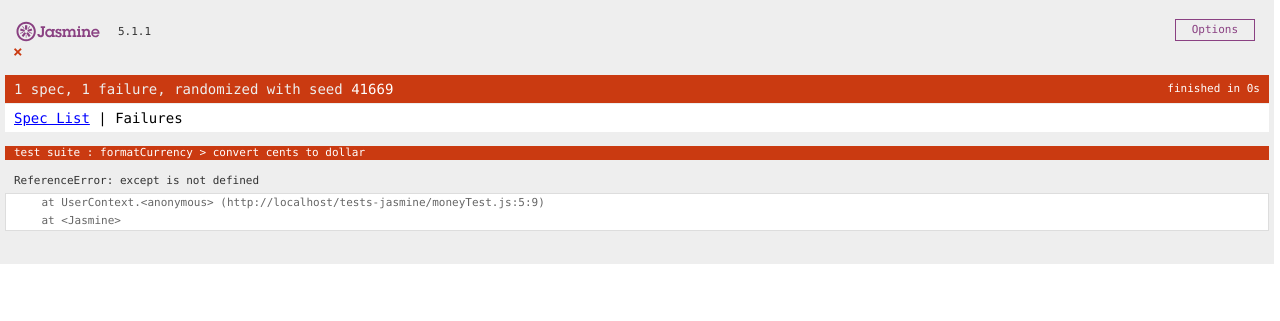
Repository: Gaurav124937/Javascirpt-amazon-clone
Page: tests-jasmine/tests.html
These files come from the project's save history. The page is drawn as it stood at one moment and after the next save; the edit follows.
The browser window is 1280 px wide. The pictures show the whole page.

Above is the page before, as saved 2026-10-13 22:10:21.
Not found: tests-jasmine/spec/PlayerSpec.js
Not found: tests-jasmine/spec/SpecHelper.js
Not found: tests-jasmine/src/Player.js

### tests-jasmine/tests.html
<!DOCTYPE html>
<html>
<head>
  <meta charset="utf-8">
  <title>Jasmine Spec Runner v5.1.1</title>

  <link rel="shortcut icon" type="image/png" href="lib/jasmine-5.1.1/jasmine_favicon.png">
  <link rel="stylesheet" href="lib/jasmine-5.1.1/jasmine.css">

  <script src="lib/jasmine-5.1.1/jasmine.js"></script>
  <script src="lib/jasmine-5.1.1/jasmine-html.js"></script>
  <script src="lib/jasmine-5.1.1/boot0.js"></script>
  <!-- optional: include a file here that configures the Jasmine env -->
  <script src="lib/jasmine-5.1.1/boot1.js"></script>

  <!-- include source files here... -->
  <script src="src/Player.js"></script>
  <script src="src/Song.js"></script>

  <!-- include spec files here... -->
  <script src="spec/SpecHelper.js"></script>
  <script src="spec/PlayerSpec.js"></script>
  <script src="moneyTest.js" type="module"></script>

</head>

<body>
</body>
</html>

### tests-jasmine/moneyTest.js
import { formatCurrency } from "../js/utils/money.js";

describe('test suite : formatCurrency',()=>{
    it('convert cents to dollar',()=>{
        except(formatCurrency(2095).toEqual('20.95'));
    })
})

### js/utils/money.js
export function formatCurrency(priceCents) {
  return (Math.round(priceCents) / 100).toFixed(2);
}

Loaded but not shown: tests-jasmine/lib/jasmine-5.1.1/jasmine.css (library); tests-jasmine/lib/jasmine-5.1.1/jasmine.js (library); tests-jasmine/lib/jasmine-5.1.1/jasmine-html.js (library); tests-jasmine/lib/jasmine-5.1.1/boot0.js (common file); tests-jasmine/lib/jasmine-5.1.1/boot1.js (library)

After the next save:
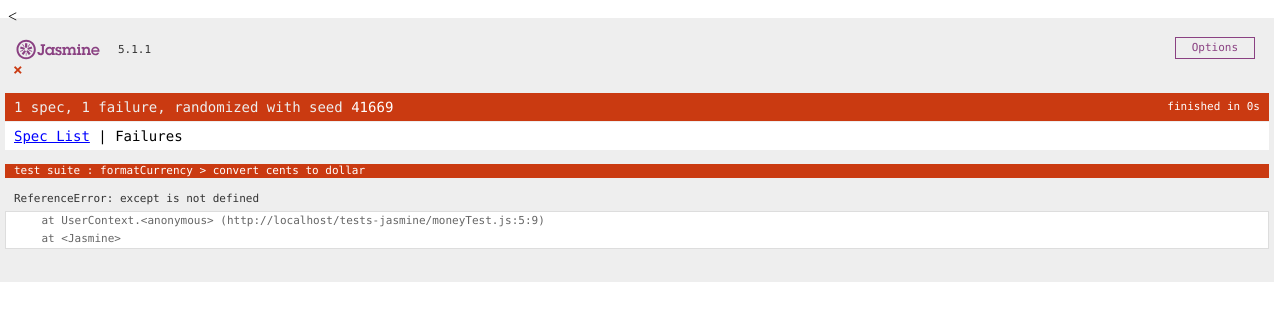
Saved 80 s later.
--- a/tests-jasmine/tests.html
+++ b/tests-jasmine/tests.html
@@ -13,13 +13,7 @@
   <!-- optional: include a file here that configures the Jasmine env -->
   <script src="lib/jasmine-5.1.1/boot1.js"></script>
 
-  <!-- include source files here... -->
-  <script src="src/Player.js"></script>
-  <script src="src/Song.js"></script>
-
-  <!-- include spec files here... -->
-  <script src="spec/SpecHelper.js"></script>
-  <script src="spec/PlayerSpec.js"></script>
+  <
   <script src="moneyTest.js" type="module"></script>
 
 </head>
